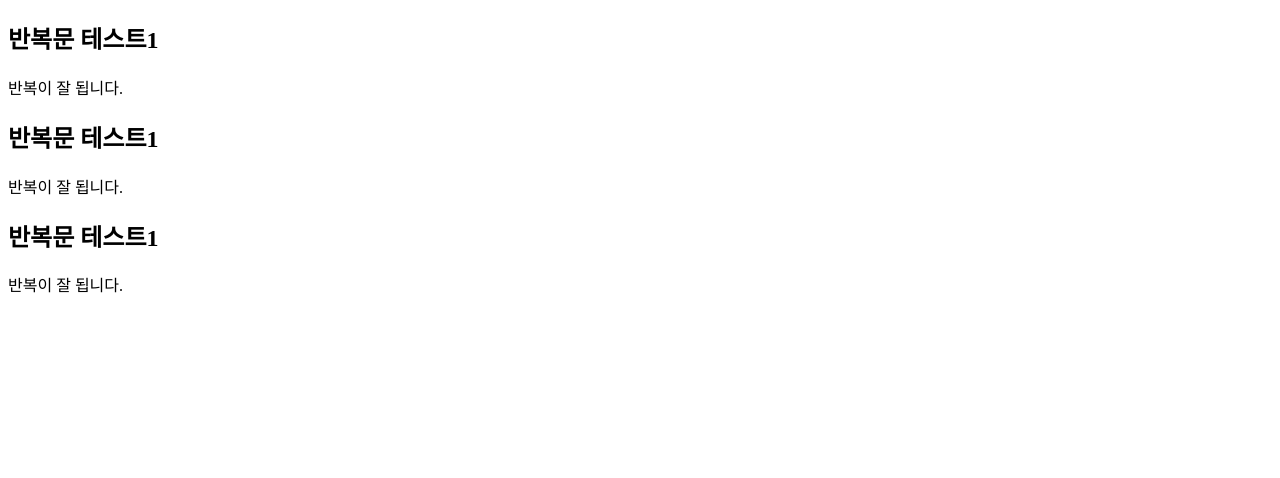
Repository: eun-chongzzz/jsp_practice
Page: http://localhost/JSPBasic/jspTag/Scriptlet.jsp
The author's editor kept a copy of each file at every save. The page is drawn from the files as they stood at one save, then again after the next save.
The browser window is 1280 px wide. The pictures show the whole page.
The page is served by Tomcat 9.

Above is the page before, as saved 2022-01-28 02:29:13.

### JSPBasic/src/main/webapp/jspTag/Scriptlet.jsp
<%@ page language="java" contentType="text/html; charset=UTF-8"
    pageEncoding="UTF-8"%>
<!DOCTYPE html>
<html>
<head>
<meta charset="UTF-8">
<title>Insert title here</title>
</head>
<body>
	<!-- 스크립트릿 내부에는 자바 코드를 작성할 수 있으며
	이 코드를 반영해 페이지가 구성됩니다. -->
	<% for(int i = 0; i < 3; i++){ %>
		<h2>반복문 테스트1</h2>
		<p>
			반복이 잘 됩니다.
		</p>
	<% } %>
</body>
</html>

After the next save:
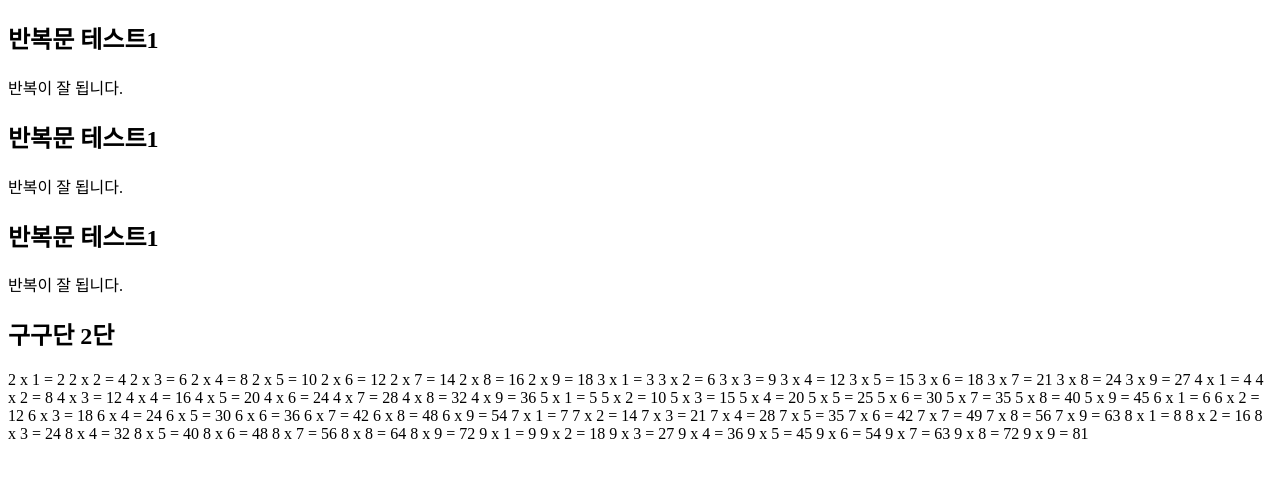
Saved 7 min 11 s later.
--- a/JSPBasic/src/main/webapp/jspTag/Scriptlet.jsp
+++ b/JSPBasic/src/main/webapp/jspTag/Scriptlet.jsp
@@ -15,5 +15,20 @@
 			반복이 잘 됩니다.
 		</p>
 	<% } %>
+
+	<!-- 구구단 코드를 작성해주세요.
+	System.out.println() 이 괄호 내 구문을 콘솔에 찍히게 해줬다면
+	out.println()은 html화면에 괄호 내 구문을 콘솔에 찍히게 해줍니다.
+	(javascript의 document.write()와 같은 역할)-->
+	<h2>구구단 2단</h2>
+	<%
+	for(int i=2; i < 10; i++) {
+		for(int j=1; j < 10; j++)
+		{ out.println(i + " x " + j + " = " + i * j);
+		} out.println();
+		}
+
+
+	%>
 </body>
 </html>
